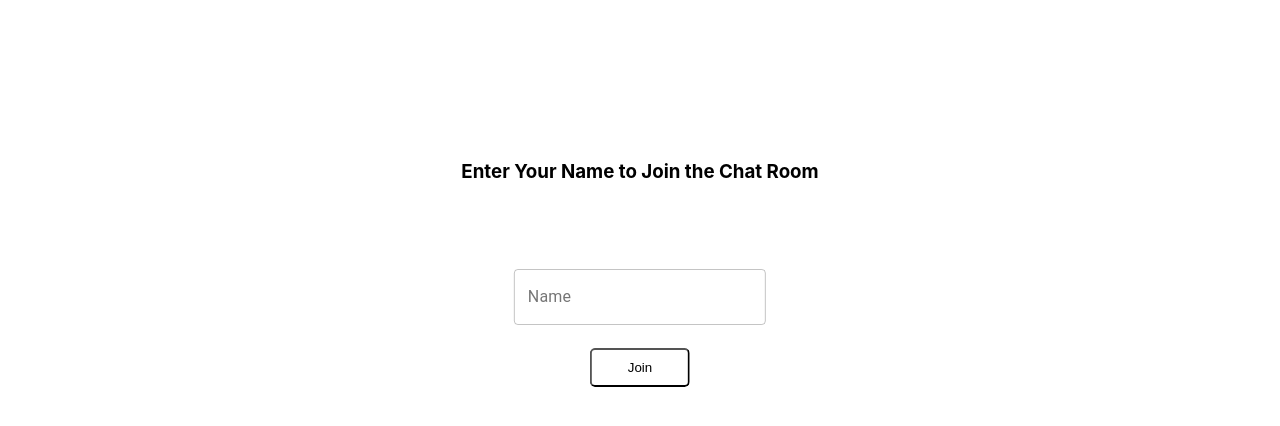
Repository: BarclayRkts/ChatApp
Page: / (app in client/)
These files come from the project's save history. The page is drawn as it stood at one moment and after the next save; the edit follows.
The browser window is 1280 px wide. The pictures show the whole page.
The project was rebuilt for these pictures with package versions that can differ from the ones it lists, and the page was loaded fresh each time. Also part of the build but not shown: client/src/App.css.

Above is the page before, as saved 2021-05-02 15:09:47.

### client/src/App.js
import React from 'react';
import './App.css';
import LandingPage from './components/LandingPage';

function App() {
  return (
    <div className='container'>
      <LandingPage/>
    </div>

  );
}

export default App;

### client/src/components/LandingPage.js
import React, { useState } from 'react';
import { makeStyles } from '@material-ui/core/styles';
import { TextField } from '@material-ui/core';
import "./LandingPage.css";

const useStyles = makeStyles((theme) => ({
    textField: {
        margin: theme.spacing(1),
        width: '25ch',
        color: 'white',
        // backgroundColor: 'black'
    },

}));

export default function LandingPage() {

    const [ name, setName ] = useState("");
    const classes = useStyles();

    const onNameChange = (e) => {
        console.log(name);
    }

    return (
        <>
        <h3>Enter Your Name to Join the Chat Room</h3>
        <form className="textFieldBox">
            <TextField
                className={classes.textField}
                name="name"
                value={name}
                label="Name"
                onChange={(e) => onNameChange(e)}
                variant="outlined"

            />
            <button className="btn">Join</button>
        </form>
        </>
    )
}

### client/src/components/LandingPage.css
/* *{
    background-color: rgb(105, 56, 161);
    color: rgb(255, 255, 255);
} */

.textFieldBox{
    position: fixed;
    left: 50%;
    top: 45%;
    transform: translate(-50%, -50%);

}

h3{
    position: fixed;
    left: 50%;
    top: 35%;
    padding-bottom: 200px;
    transform: translate(-50%, -50%);
}

.btn{
    padding: 10px;
    margin: 0 auto;
    margin-top: 15px;
    background: transparent;
    border-radius: 5px;
    width: 100px;
    display: block;
    outline: 2px solid white;
}

Loaded but not shown: client/public/index.html (common file); client/src/index.js (common file); client/src/index.css (common file); client/src/reportWebVitals.js (common file)

After the next save:
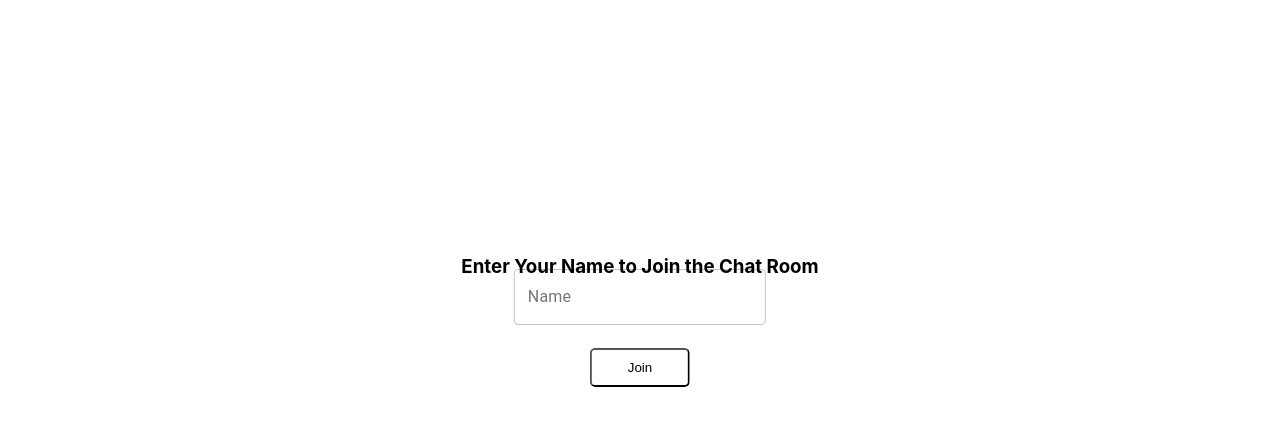
Saved 7 s later.
--- a/client/src/components/LandingPage.css
+++ b/client/src/components/LandingPage.css
@@ -15,7 +15,7 @@ h3{
     position: fixed;
     left: 50%;
     top: 35%;
-    padding-bottom: 200px;
+    padding-bottom: 10px;
     transform: translate(-50%, -50%);
 }
 
